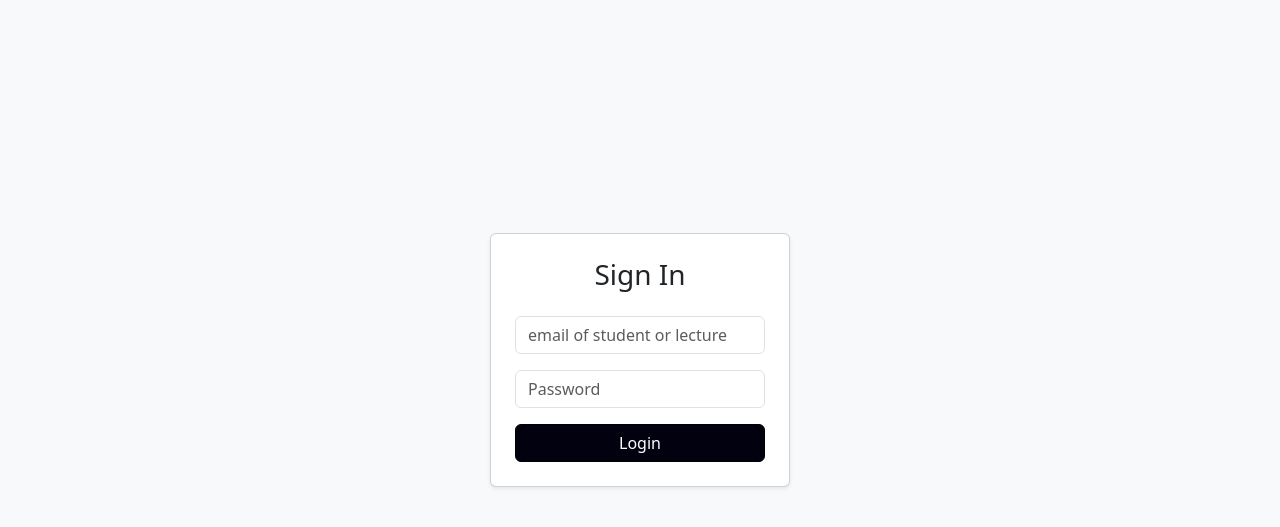
Repository: duyndhe195099/fer202_lab5_6_he195099
Page: /
The author's editor kept a copy of each file at every save. The page is drawn from the files as they stood at one save, then again after the next save.
The browser window is 1280 px wide. The pictures show the whole page.
The project was rebuilt for these pictures with package versions that can differ from the ones it lists, and the page was loaded fresh each time. Also part of the build but not shown: src/components/ProtectedRoute.js, src/pages/Subjects.js, src/components/QuestionModal.js, src/pages/Questions.js.

Above is the page before, as saved 2026-11-06 11:06:01.

After the next save:
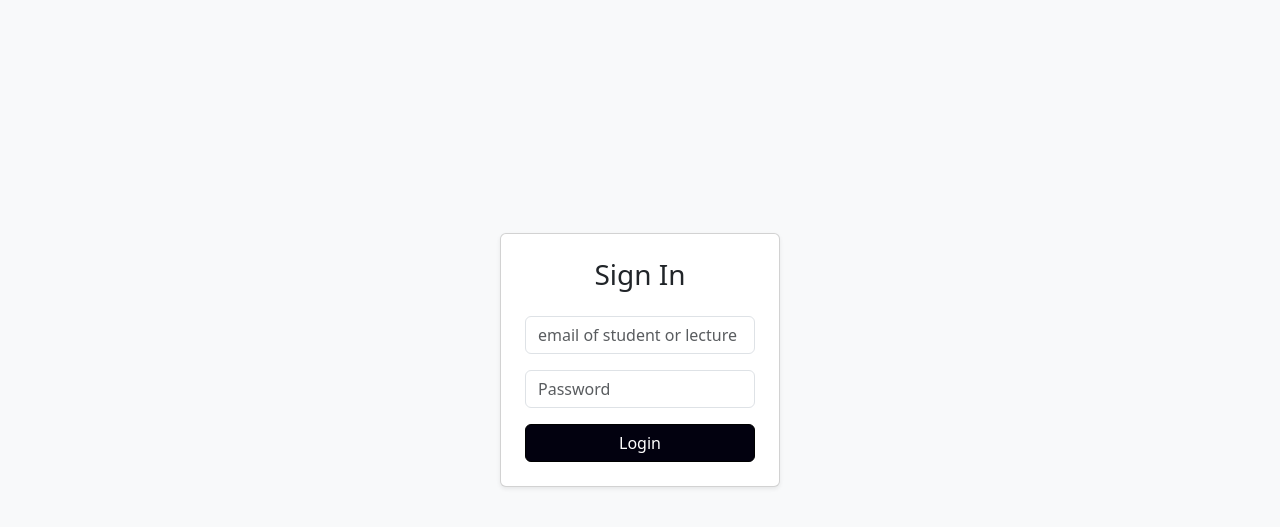
Saved 4 min 21 s later.
--- a/src/pages/Login.js
+++ b/src/pages/Login.js
@@ -54,7 +54,7 @@ export default function Login() {
 
   return (
     <div className="d-flex justify-content-center align-items-center vh-100 bg-light">
-      <Card style={{ width: 300 }} className="shadow-sm">
+      <Card style={{ width: 280 }} className="shadow-sm">
         <Card.Body className="p-4">
           <h3 className="text-center mb-4">Sign In</h3>
 
